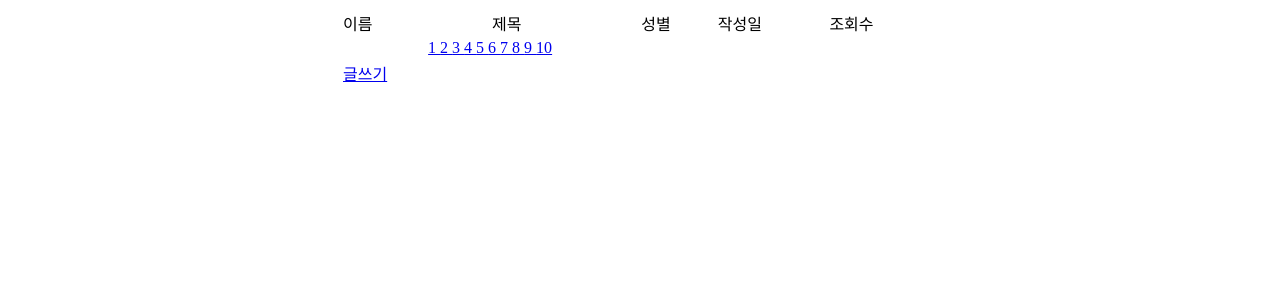
Repository: Billy-Jin/jsp
Page: http://localhost/dat/list.jsp?pager=2
An editor plug-in stored every save of this project. The page is shown before and after the next save, followed by the edit.
The browser window is 1280 px wide. The pictures show the whole page.
The page is served by Tomcat 9. Queries for data that is not in the repository find no rows.

Above is the page before, as saved 2020-12-02 06:55:06.

### jsp/dat/WebContent/list.jsp
<%@ page language="java" contentType="text/html; charset=UTF-8"
    pageEncoding="UTF-8"%>
<%@ page import="java.sql.*"  %>
<%
	// DB 연결
	Class.forName("com.mysql.jdbc.Driver");
	String db="jdbc:mysql://localhost:3306/pkc";
	String userid="root";
	String pw="1234";
	Connection conn=DriverManager.getConnection(db,userid,pw); // db정보,아이디,비번

	// limit에 들어갈 index번호 생성
	int index; // limit에 전달할 index값
	int pager; // 현재 나타내고자 하는 페이지 값을 저장 //page는 변수명으로 사용 불가
	if(request.getParameter("pager")==null)
	{
		pager=1;
	}
	else
	{
		pager=Integer.parseInt(request.getParameter("pager"));
	}

	// index 만들기
	index=(pager-1)*10;

	// 쿼리생성
	String sql="select * from gesipan order by id desc limit "+index+",10";
	// 심부름꾼 생성
	Statement stmt= conn.createStatement();
	// 쿼리실행 => ResultSet
	ResultSet rs=stmt.executeQuery(sql);

%>

<!DOCTYPE html>
<html>
<head>
<meta charset="UTF-8">
<title>Insert title here</title>
</head>
<body>
	<!-- 레코드 내용 출력 -->
	<table width="600" align="center">
		<tr>
			<td> 이름 </td>
			<td> 제목 </td>
			<td> 성별 </td>
			<td> 작성일 </td>
			<td> 조회수 </td>
		</tr>
		<%
		while(rs.next())
		{
			// 숫자로 된 성별을 문자로 변환
			String sung=null;
			switch(rs.getInt("sung"))
			{
			case 0: sung="남자"; break;
			case 1: sung="여자"; break;
			case 2: sung="선택안함"; break;
			}
		%>
		<tr>
			<td> <%=rs.getString("name") %></td>
			<td> <a href="readnum.jsp?id=<%= rs.getString("id")%>"> <%=rs.getString("title") %> </a> </td>
			<td> <%=sung%></td>
			<td> <%=rs.getString("writeday") %></td>
			<td> <%=rs.getString("readnum") %></td>
		</tr>
		<%
		}
		%>
	     <tr> <!-- 사용자가 클릭하여 이동할수 있는 페이지 출력 -->
      	<td colspan="2" align="center">
	  	 <%
	  	 	int pstart;

	  	 	pstart=pager/10;
	  	 	if(pager%10 == 0)
	  	 		pstart=pstart-1;

	  	 	pstart=Integer.parseInt(pstart+"1");

	  	 	int pend=pstart+9;

	  	 	for(int i=pstart; i<=pend; i++)
	  	 	{
			%>
			<a href="list.jsp?pager=<%=i%>"> <%=i%> </a>
	       	<%
			}
	  	 	%>
	      </td>
	     </tr>
		<tr>
			<td colspan="2"> <a href="write.jsp"> 글쓰기</a> </td>
		</tr>
	</table>
</body>
</html>

After the next save:
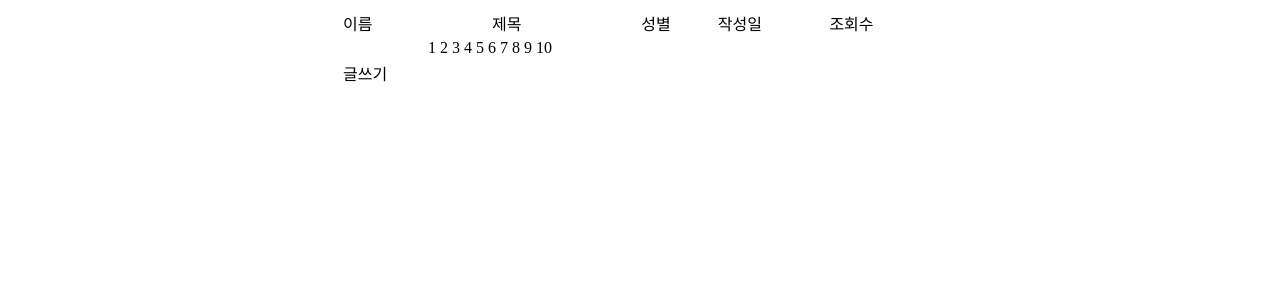
Saved 106 s later.
--- a/jsp/dat/WebContent/list.jsp
+++ b/jsp/dat/WebContent/list.jsp
@@ -38,6 +38,15 @@
 <head>
 <meta charset="UTF-8">
 <title>Insert title here</title>
+<style>
+a{
+	text-decoration:none;
+	color:black;
+}
+a:hover{
+	text-decoration:underline;
+}
+</style>
 </head>
 <body>
 	<!-- 레코드 내용 출력 -->
